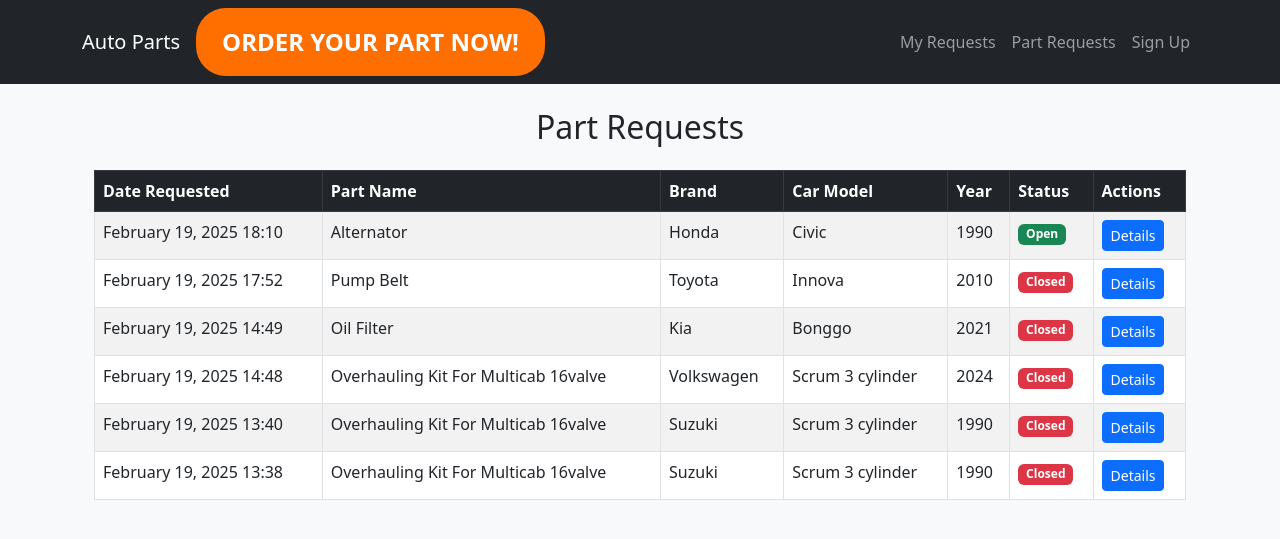
Repository: Jijiluzana225/onlineparts
Page: http://localhost/part-requests/
An editor plug-in stored every save of this project. The page is shown before and after the next save, followed by the edit.
The browser window is 1280 px wide. The pictures show the whole page.
The page is served by the project's application, run on Django 5.2 (manage.py). The page reads the database file committed with the project.

Above is the page before, as saved 2025-02-19 16:08:50.

After the next save:
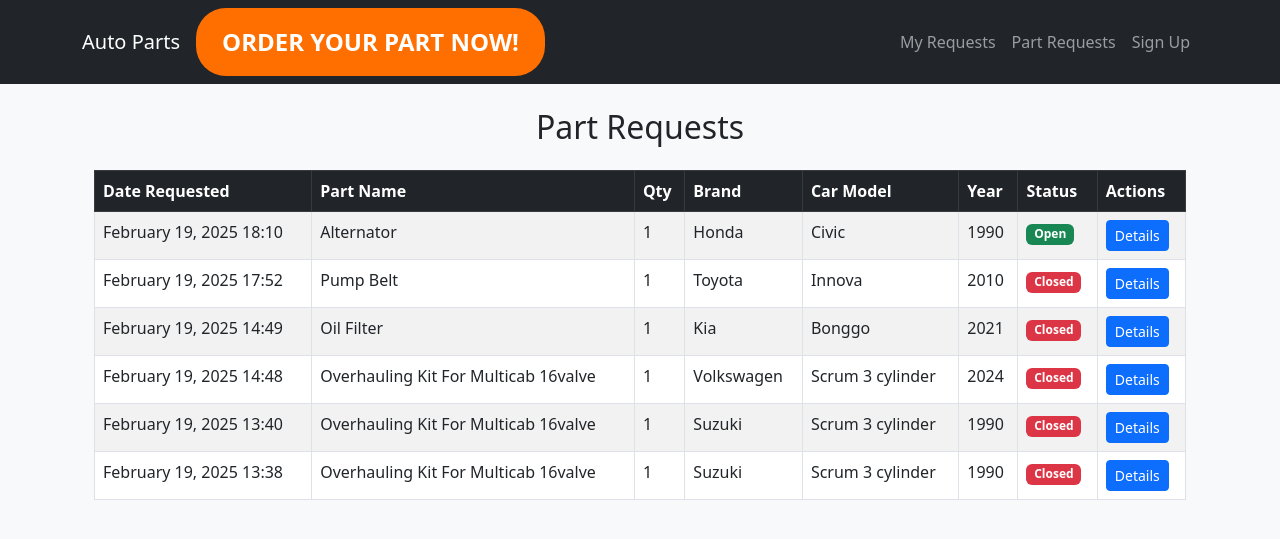
Saved 2 min 41 s later.
--- a/orders/templates/orders/part_request_list.html
+++ b/orders/templates/orders/part_request_list.html
@@ -9,6 +9,7 @@
                 <tr>
                     <th>Date Requested</th>
                     <th>Part Name</th>
+                    <th>Qty</th>
                     <th>Brand</th>
                     <th>Car Model</th>
                     <th>Year</th>
@@ -22,6 +23,7 @@
                 <tr>
                     <td>{{ request.created_at|date:"F d, Y H:i" }}</td>
                     <td>{{ request.part_name }}</td>
+                    <td>{{ request.qty }}</td>
                     <td>{{ request.brand }}</td>
                     <td>{{ request.car_model }}</td>
                     <td>{{ request.year }}</td>
